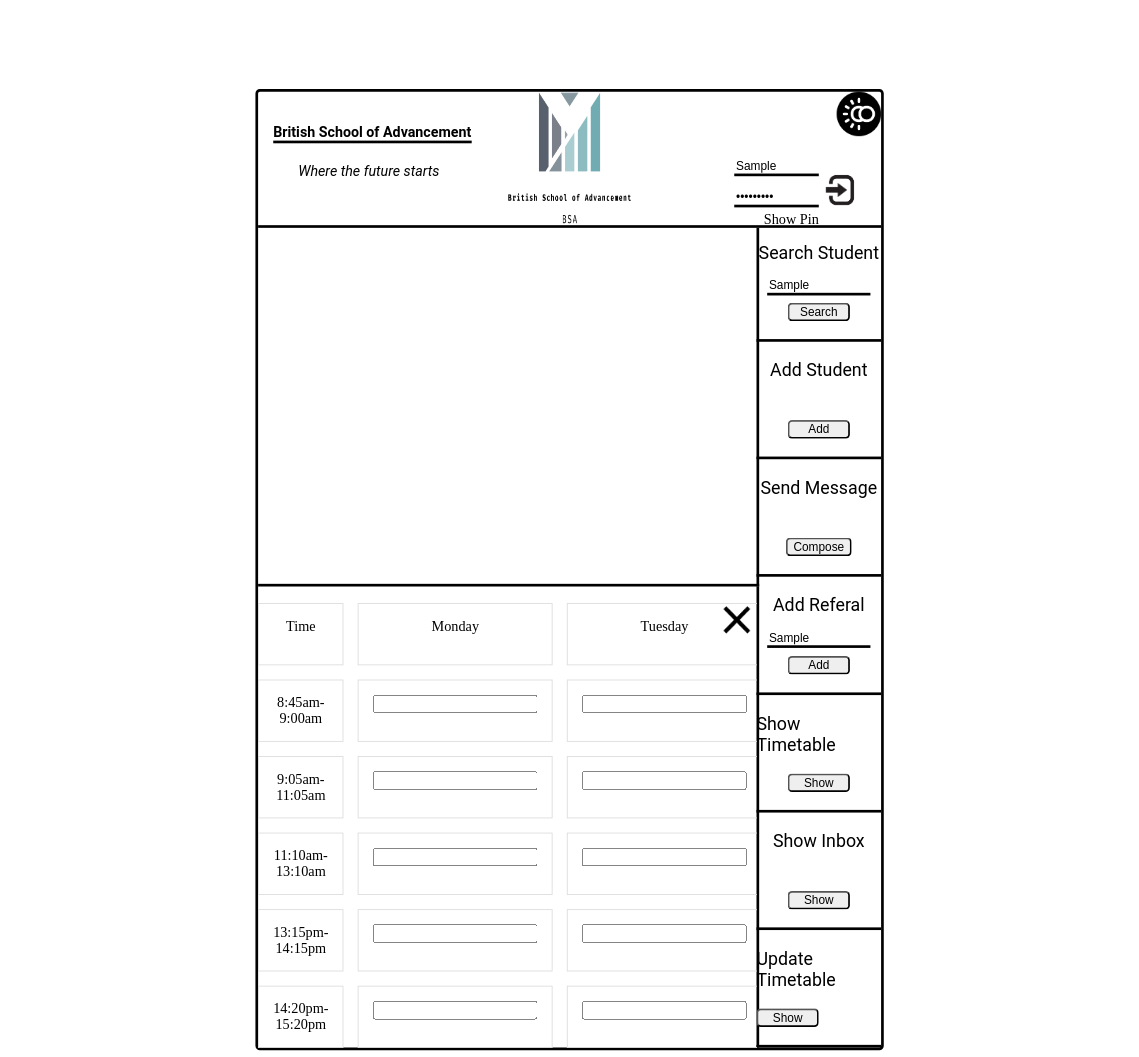
Repository: ghend99/Guardian-Application
Page: index.html
An editor plug-in stored every save of this project. The page is shown before and after the next save, followed by the edit.
The browser window is 1280 px wide. The pictures show the whole page, at 89% of full size.
Empty fields were first filled with sample values (such as "Sample", 5 or name@example.com).
After loading, the first visible `#timetable-open` was clicked once.

Above is the page before, as saved 2023-06-06 16:33:53.

After the next save:
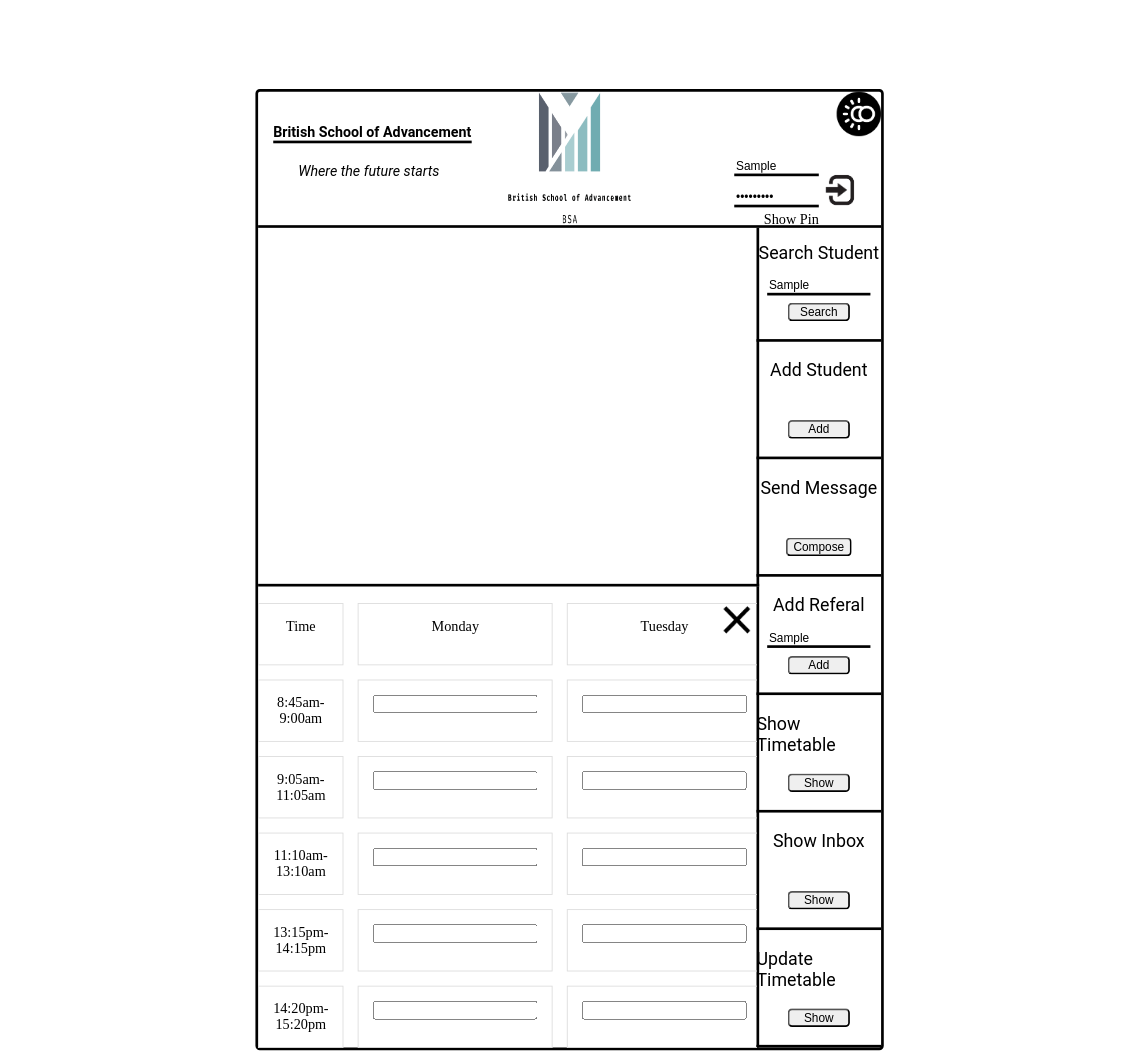
Saved 76 s later.
--- a/buttons.js
+++ b/buttons.js
@@ -91,7 +91,7 @@ btnTimetableOpen.addEventListener("click", function (e) {
   e.preventDefault();
   inboxContainer.style.display = "none";
   timetableContainer.style.display = "grid";
-  UpdateTimetableLinkContainer.style.display = "block";
+  UpdateTimetableLinkContainer.style.display = "flex";
 });
 
 btnStudentManagementClose.addEventListener("click", function (e) {
